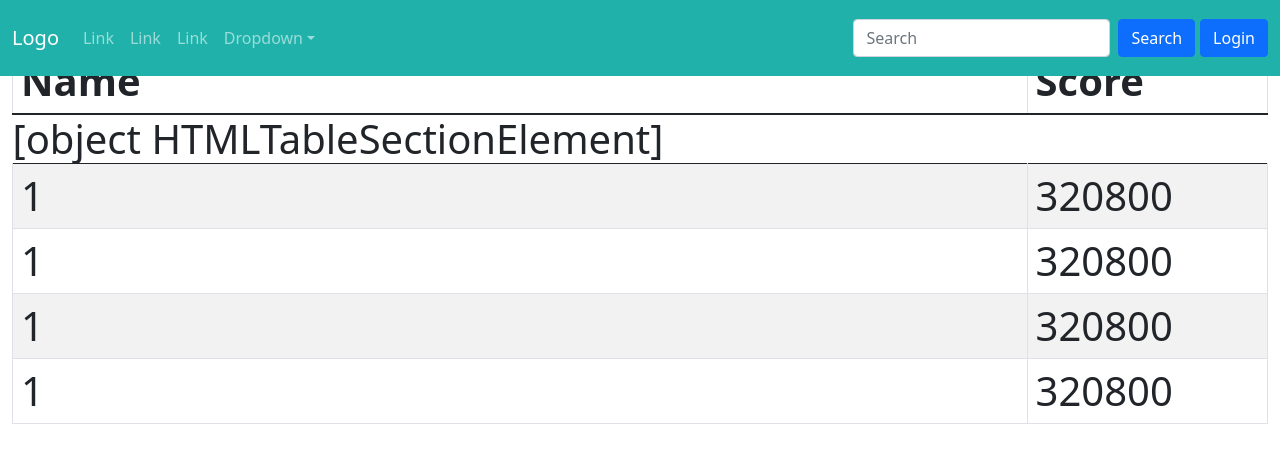
Repository: Sadia-Naveed-Shaikh/JavaScript-Website
Page: src/Listing.html
These files come from the project's save history. The page is drawn as it stood at one moment and after the next save; the edit follows.
The browser window is 1280 px wide. The pictures show the whole page.
Some web libraries are served in a nearby version.

Above is the page before, as saved 2021-10-28 16:20:38.

### src/Listing.html
<!DOCTYPE html>

<html>

<head>
    <title>Listing</title>
    <meta charset="utf-8">
    <meta name="viewport" content="width=device-width, initial-scale=1">
    <link href="https://cdn.jsdelivr.net/npm/bootstrap@5.1.1/dist/css/bootstrap.min.css" rel="stylesheet">
    <script src="https://cdn.jsdelivr.net/npm/bootstrap@5.1.1/dist/js/bootstrap.bundle.min.js"></script>
    <script src="https://kit.fontawesome.com/2246d8fd03.js" crossorigin="anonymous"></script>
</head>

<body>

<nav class="navbar navbar-expand-sm  navbar-dark fixed-top" style="background-color: #20b2aa">
    <div class="container-fluid" style="background-color: #20b2aa; height:60px">
        <a class="navbar-brand" href="#">Logo</a>
        <button class="navbar-toggler" type="button" data-bs-toggle="collapse" data-bs-target="#collapsibleNavbar">
            <span class="navbar-toggler-icon"></span>
        </button>
        <div class="collapse navbar-collapse" id="collapsibleNavbar">
            <ul class="navbar-nav">
                <li class="nav-item">
                    <a class="nav-link" href="#">Link</a>
                </li>
                <li class="nav-item">
                    <a class="nav-link" href="#">Link</a>
                </li>
                <li class="nav-item">
                    <a class="nav-link" href="#">Link</a>
                </li>
                <li class="nav-item dropdown">
                    <a class="nav-link dropdown-toggle" href="#" role="button" data-bs-toggle="dropdown">Dropdown</a>
                    <ul class="dropdown-menu">
                        <li><a class="dropdown-item" href="#">Transaction</a></li>
                        <li><a class="dropdown-item" href="#">Logs</a></li>
                        <li><a class="dropdown-item" href="#">A third link</a></li>
                    </ul>
                </li>
            </ul>

        </div>
        <form class="d-flex">
            <input class="form-control me-2" type="text" placeholder="Search">
            <button class="btn btn-primary" type="button">Search</button>
        </form>

        <!-- Button to Open the Modal -->
        <button type="button" class="btn btn-primary" data-bs-toggle="modal" data-bs-target="#myModal"
            style="margin-left: 5px">
            Login
        </button>
    </div>
</nav>

    <h1>
        Listing

        <div class="container-fluid">
            <table class="table table-striped table-bordered table-hover">
                <thead>
                    <tr>
                        <th>Name</th>
                        <th>Score</th>
                    </tr>
                </thead>
                <tbody id='tableContents'>
                </tbody>
            </table>
            <script>
                var record;
                var myObj;
                var Rdata;
                var xhr = new XMLHttpRequest();
                xhr.open("GET", "transaction.json", true);
                xhr.onload = function () {
                    //console.log(xhr.responseText);
                    record = xhr.responseText;
                    myObj = JSON.parse(record);
                    // console.log(record);
                    // console.log(myObj.data);
                    console.log(myObj.length);
                    var table = document.getElementById('tableContents');
                    // var tableContents = '<tr><td>' + record[0] + '</td><td>' + record[0] + '</td></tr>';
                    for (let i = 0; i < myObj.length; i++) {
                        tableContents += '<tr><td>' + myObj[i].id + '</td><td>' + myObj[i].name+ '</td></tr>';
                    }
                    table.innerHTML = tableContents;
                };
                xhr.send();

            </script>

        </div>
    </h1>
</body>


</html>

### src/transaction.json
[
    {
        "id": 1,
        "tran_id": "tran1",
        "name": 320800,
        "email": "",
        "date": 61,
        "amount": "",
        "currency": "",
        "key8": "",
        "key9": "",
        "key10": "",
        "key11": "",
        "key12":"",
        "key13":"",
        "key14":"",
        "key15":""
    },
    {
        "id": 1,
        "tran_id": "Tiger Nixon",
        "name": 320800,
        "email": "",
        "date": 61,
        "amount": "",
        "currency": "",
        "key8": "",
        "key9": "",
        "key10": "",
        "key11": "",
        "key12": "",
        "key13": "",
        "key14": "",
        "key15": ""
    },
    {
        "id": 1,
        "tran_id": "Tiger Nixon",
        "name": 320800,
        "email": "",
        "date": 61,
        "amount": "",
        "currency": "",
        "key8": "",
        "key9": "",
        "key10": "",
        "key11": "",
        "key12": "",
        "key13": "",
        "key14": "",
        "key15": ""
    },
    {
        "id": 1,
        "tran_id": "Tiger Nixon",
        "name": 320800,
        "email": "",
        "date": 61,
        "amount": "",
        "currency": "",
        "key8": "",
        "key9": "",
        "key10": "",
        "key11": "",
        "key12": "",
        "key13": "",
        "key14": "",
        "key15": ""
    }
]

After the next save:
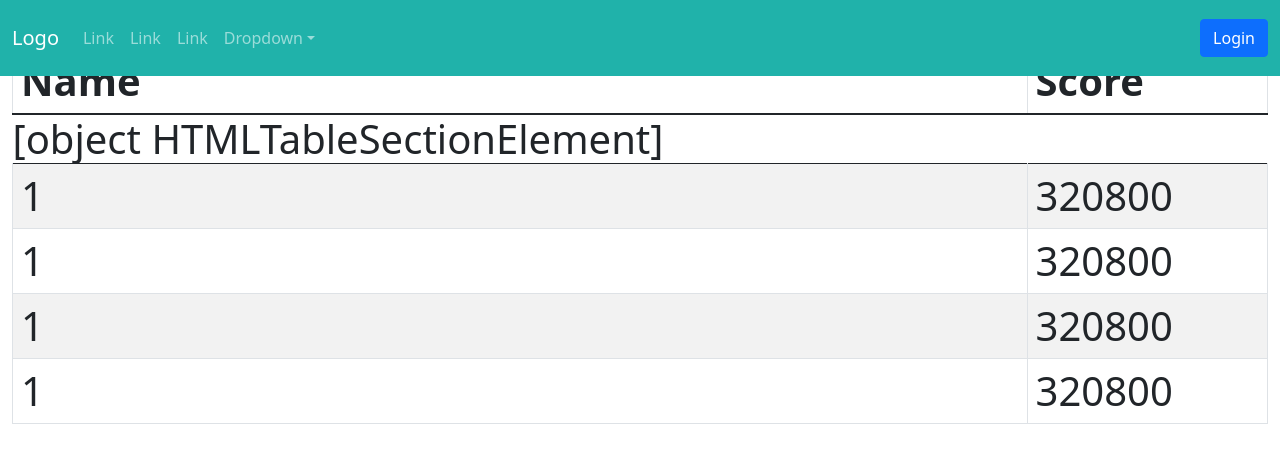
Saved 16 s later.
--- a/src/Listing.html
+++ b/src/Listing.html
@@ -41,10 +41,10 @@
             </ul>
 
         </div>
-        <form class="d-flex">
+        <!-- <form class="d-flex">
             <input class="form-control me-2" type="text" placeholder="Search">
             <button class="btn btn-primary" type="button">Search</button>
-        </form>
+        </form> -->
 
         <!-- Button to Open the Modal -->
         <button type="button" class="btn btn-primary" data-bs-toggle="modal" data-bs-target="#myModal"
